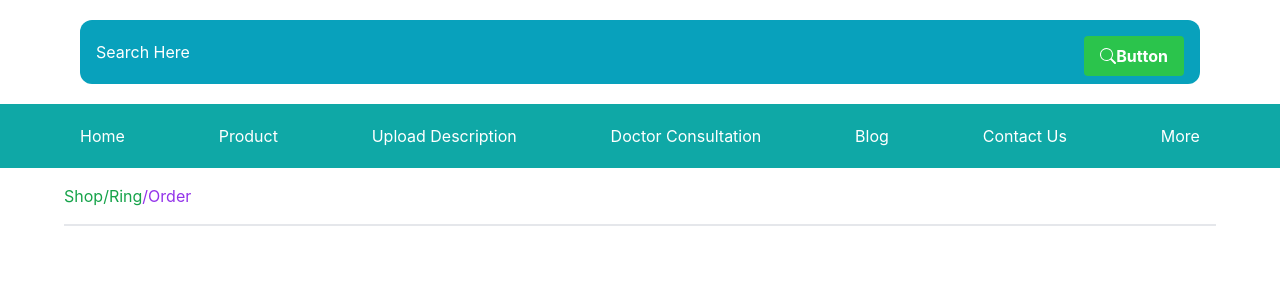
Repository: arafatmollah/form-pharma
Page: /
These files come from the project's save history. The page is drawn as it stood at one moment and after the next save; the edit follows.
The browser window is 1280 px wide. The pictures show the whole page.
The project was rebuilt for these pictures with package versions that can differ from the ones it lists, and the page was loaded fresh each time.

Above is the page before, as saved 2023-03-14 23:39:04.

After the next save:
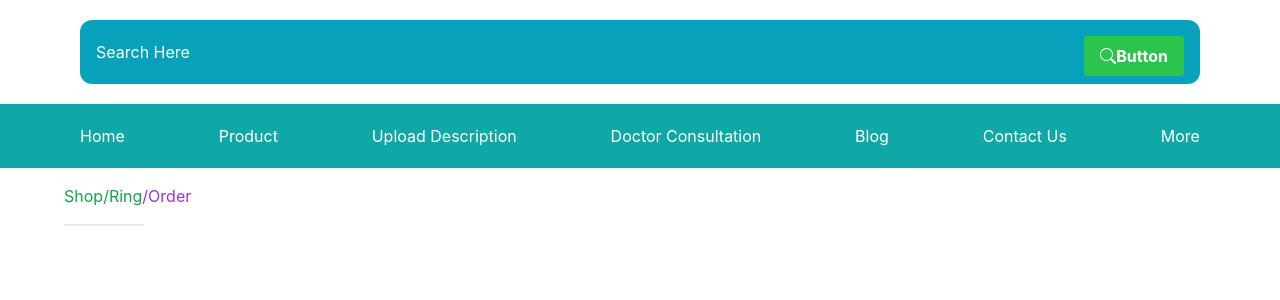
Saved 9 s later.
--- a/src/Form.js
+++ b/src/Form.js
@@ -9,7 +9,7 @@ function form() {
                 <p className='text-green-600'> /Ring</p>
                 <p className='text-purple-600'>/Order</p>
             </div>
-            <div className='border w-'>
+            <div className='border w-20'>
 
             </div>
         </div>
